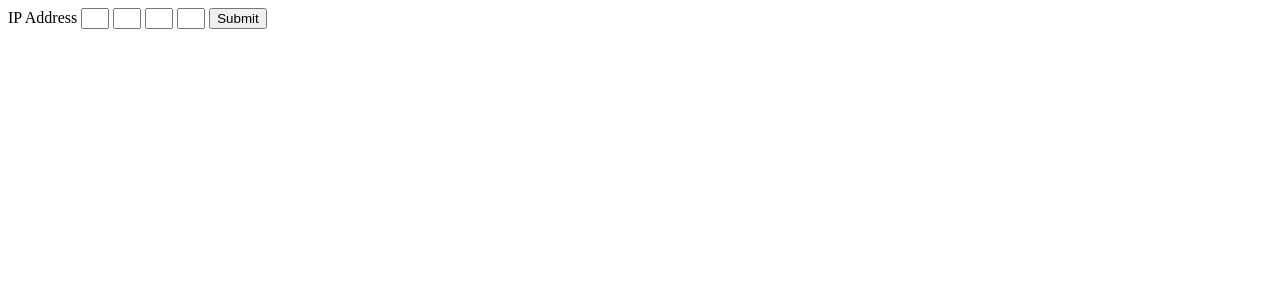
Repository: Padminivittal/Padmini-MWB
Page: MWB Day1/WebContent/Lab3_Jq1.html
These files come from the project's save history. The page is drawn as it stood at one moment and after the next save; the edit follows.
The browser window is 1280 px wide. The pictures show the whole page.

Above is the page before, as saved 2012-07-20 09:43:18.

### MWB Day1/WebContent/Lab3_Jq1.html
<!DOCTYPE HTML>
<html>
<script src="js/jquery-1.7.2.js"></script>
<script>
$().ready(function(){
	$("input:text").each(function(){
		$(this).on("keyup",function()
		{
			if($(this).val().length==3)
			$(this).next("input:text").focus();
		});
	});
	$("input:text").attr("maxlength","3");
	$("input:text").css("width","20");
	$("#btnClick").on("click",function(){
		$("input:text").attr("disabled","disabled");
	});
});

</script>
<head>
</head>
<body>
<label for="txt1">IP Address</label>
<input type="text" class="ipaddress" id="txt1"/>
<input type="text" id="txt2" class="ipaddress" />
<input type="text" id="txt3" class="ipaddress" />
<input type="text" id="txt4" class="ipaddress" />
<input type="button" value="Submit" id="btnClick"/>
</body>
</html>

Loaded but not shown: MWB Day1/WebContent/js/jquery-1.7.2.js (library)

After the next save:
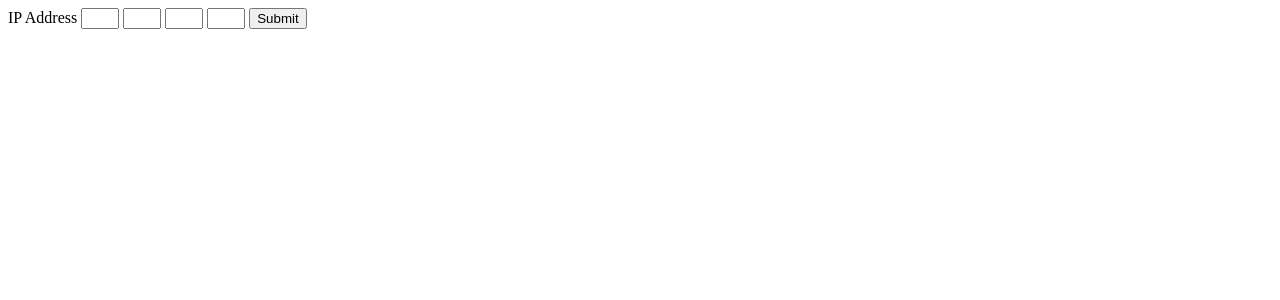
Saved 34 s later.
--- a/MWB Day1/WebContent/Lab3_Jq1.html
+++ b/MWB Day1/WebContent/Lab3_Jq1.html
@@ -11,7 +11,7 @@ $().ready(function(){
 		});
 	});
 	$("input:text").attr("maxlength","3");
-	$("input:text").css("width","20");
+	$("input:text").css("width","30");
 	$("#btnClick").on("click",function(){
 		$("input:text").attr("disabled","disabled");
 	});
